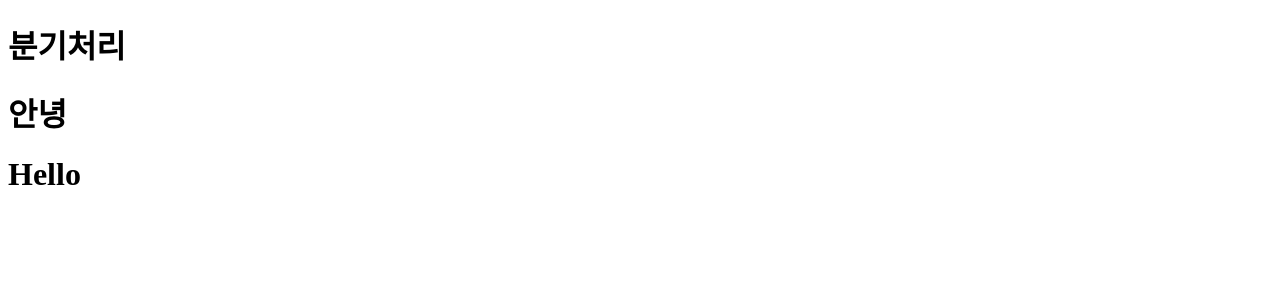
Repository: Sookyeong0505/web_server_workspace
Page: http://localhost/hello-web/jsp/condition.jsp
The author's editor kept a copy of each file at every save. The page is drawn from the files as they stood at one save, then again after the next save.
The browser window is 1280 px wide. The pictures show the whole page.
The page is served by Tomcat 9.

Above is the page before, as saved 2023-06-20 06:07:10.

After the next save:
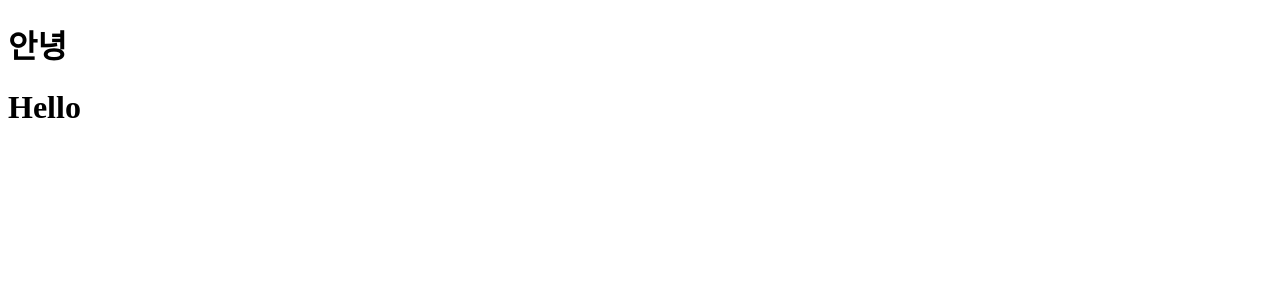
Saved 10 s later.
--- a/hello-web/src/main/webapp/jsp/condition.jsp
+++ b/hello-web/src/main/webapp/jsp/condition.jsp
@@ -12,8 +12,8 @@
 </head>
 <body>
 
-	<h1>분기처리</h1>
 	<h1>안녕</h1>
+
 	<h1>Hello</h1>
 
 
